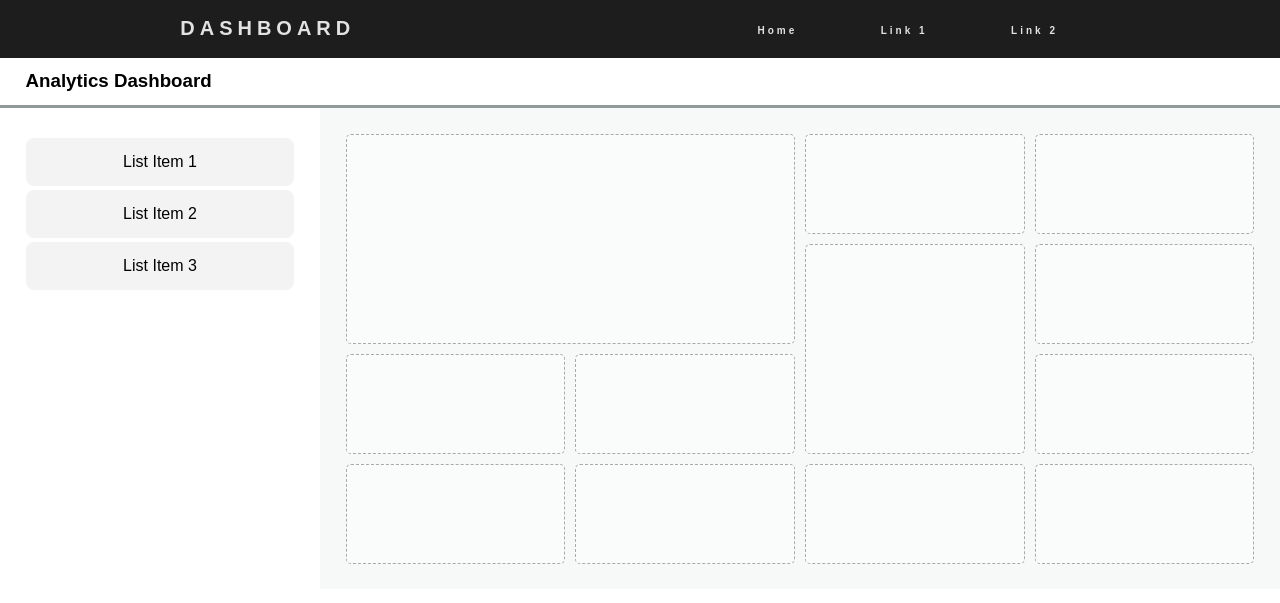
Repository: nourabdelhakam/drag-drop
Page: index.html
An editor plug-in stored every save of this project. The page is shown before and after a run of saves, followed by the edit.
The browser window is 1280 px wide. The pictures show the whole page.

Above is the page before, as saved 2020-07-03 11:45:25.

After the next 2 saves:
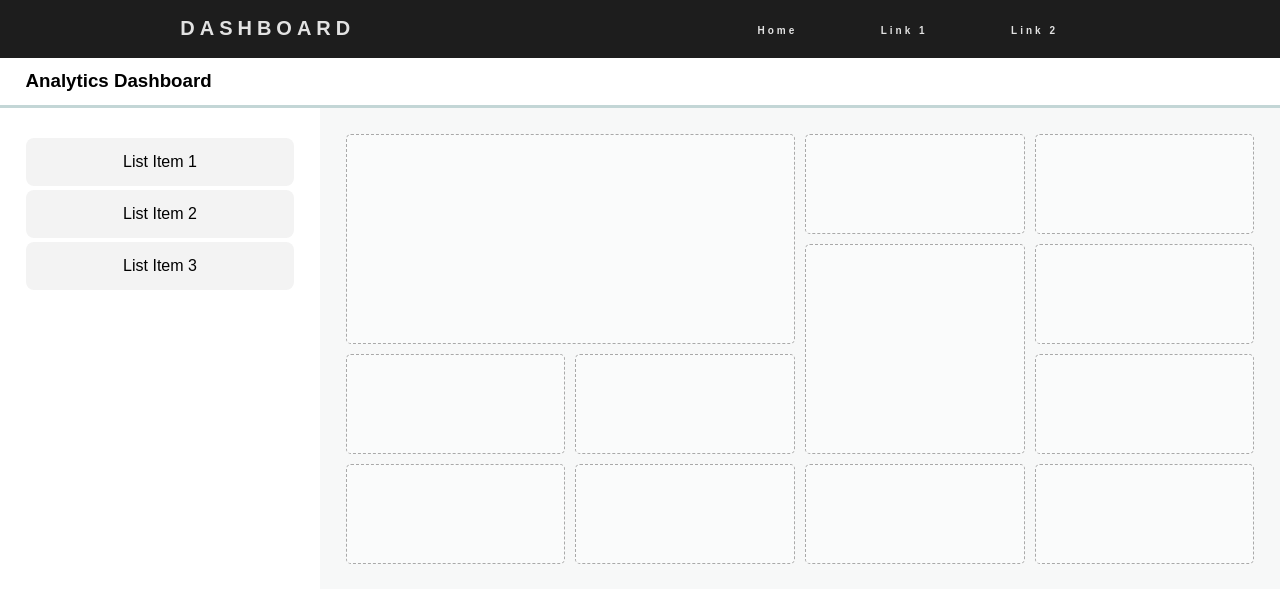
The 2 saves are shown as one change because they came seconds apart.
The last was saved 7 s later.
--- a/css/main.css
+++ b/css/main.css
@@ -10,7 +10,7 @@ h3 {
     padding: 1% 2%;
 }
 .container {
-    border-top: 3px solid rgb(146, 153, 153);
+    border-top: 3px solid rgb(195, 214, 214);
 }
 .left {
     width: 25%;
